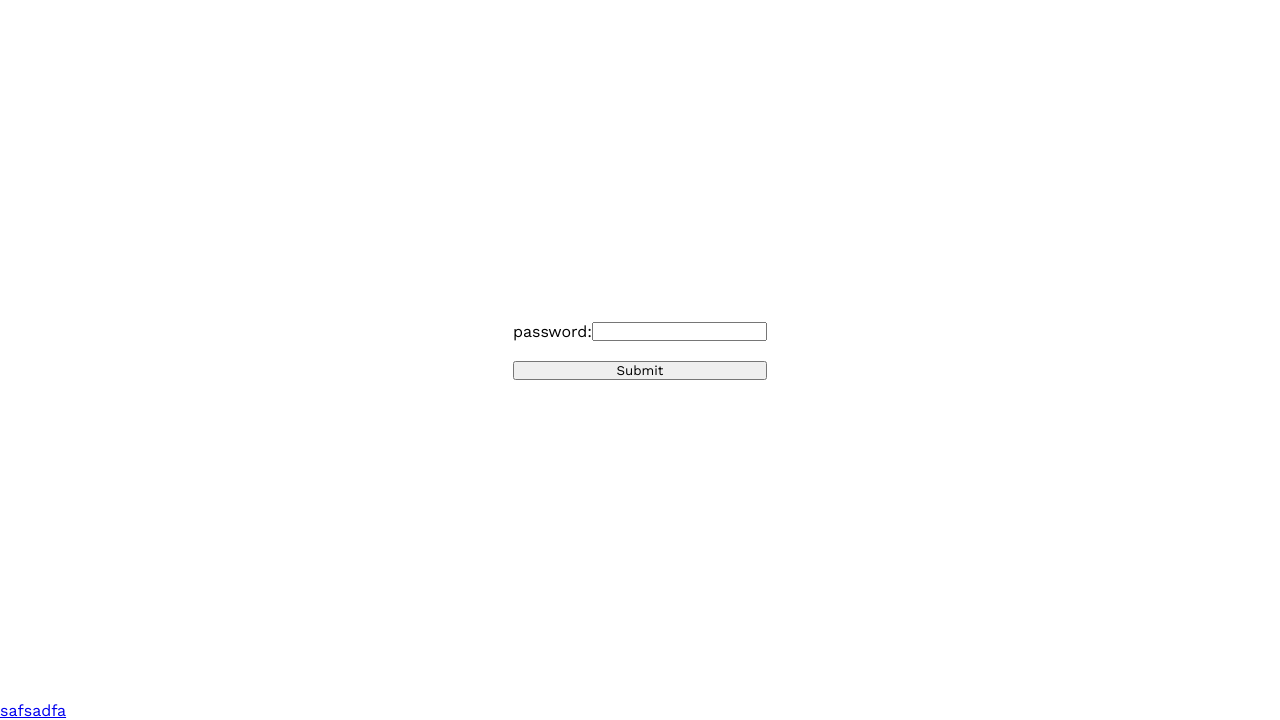
Repository: DOODpls/final_portfolio
Page: http://localhost/login
An editor plug-in stored every save of this project. The page is shown before and after the next save, followed by the edit.
The browser window is 1280 px wide. The pictures show the whole page.
Some web fonts or font styles are not loaded; a fallback is used. The page is served by the project's Node server (app.js).

Above is the page before, as saved 2019-12-11 23:59:10.

After the next save:
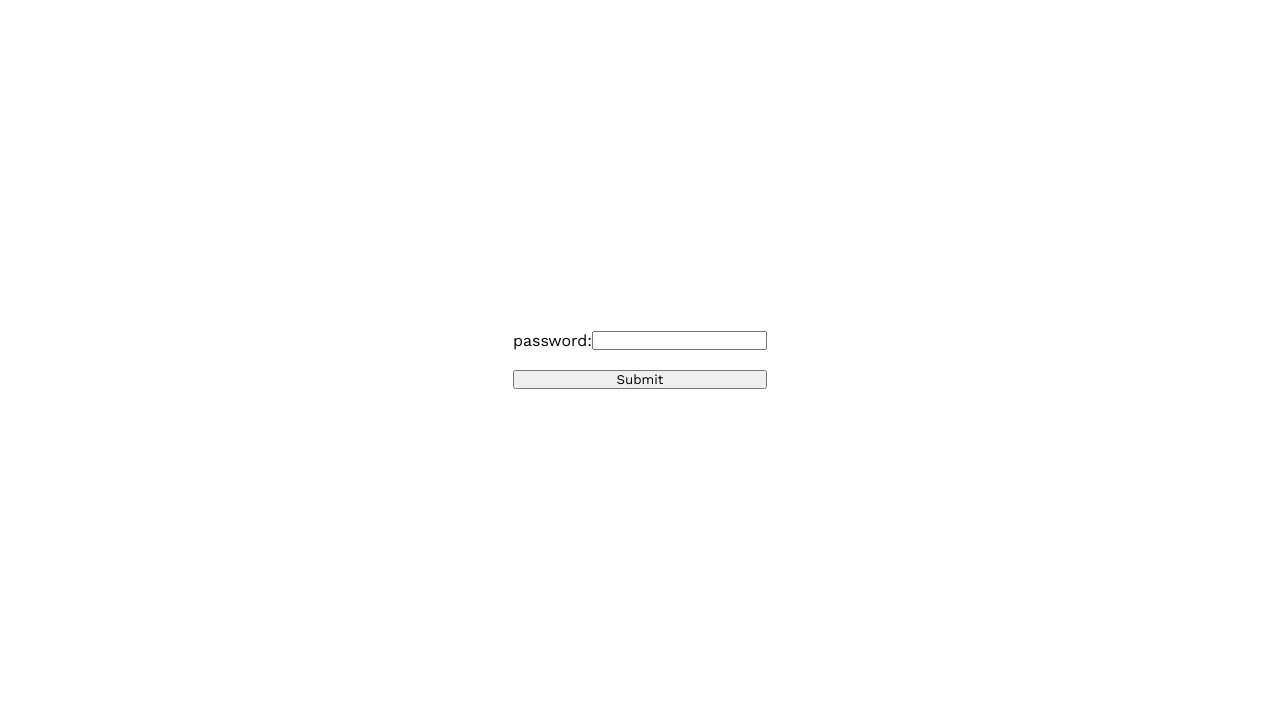
Saved 36 s later.
--- a/views/adminlogin.ejs
+++ b/views/adminlogin.ejs
@@ -18,6 +18,5 @@
 
     </form>
   </div>
-  <a href="success">safsadfa</a>
 </body>
 </html>
